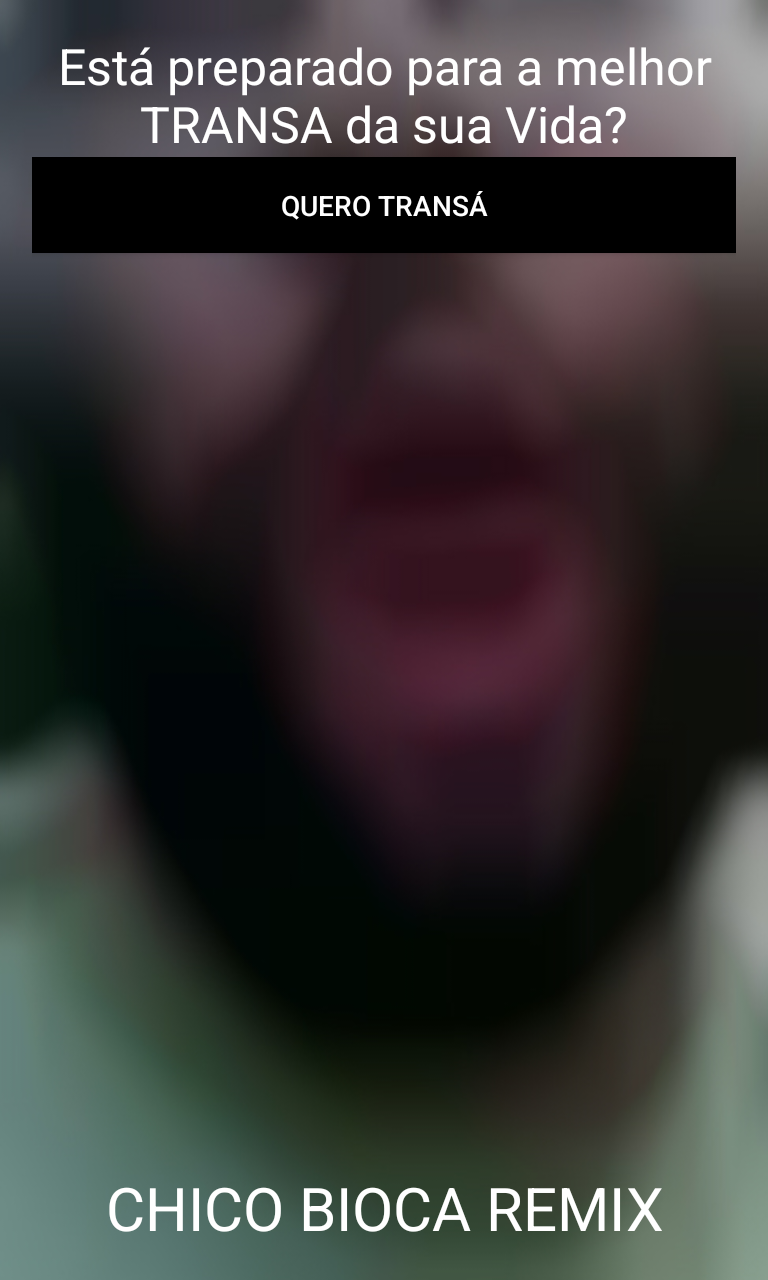
Repository: Cookahn/bioca_sounds
Layout: ChicoBiocaApp/res/layout/activity_main.xml
The author's editor kept a copy of each file at every save. The layout is drawn from the files as they stood at one save, then again after the next save.
It is drawn on a 768 x 1280 px phone screen (xhdpi) without system bars, with theme AppTheme; the app's code is not run.

Above is the layout before, as saved 2014-08-12 13:05:45.

After the next save:
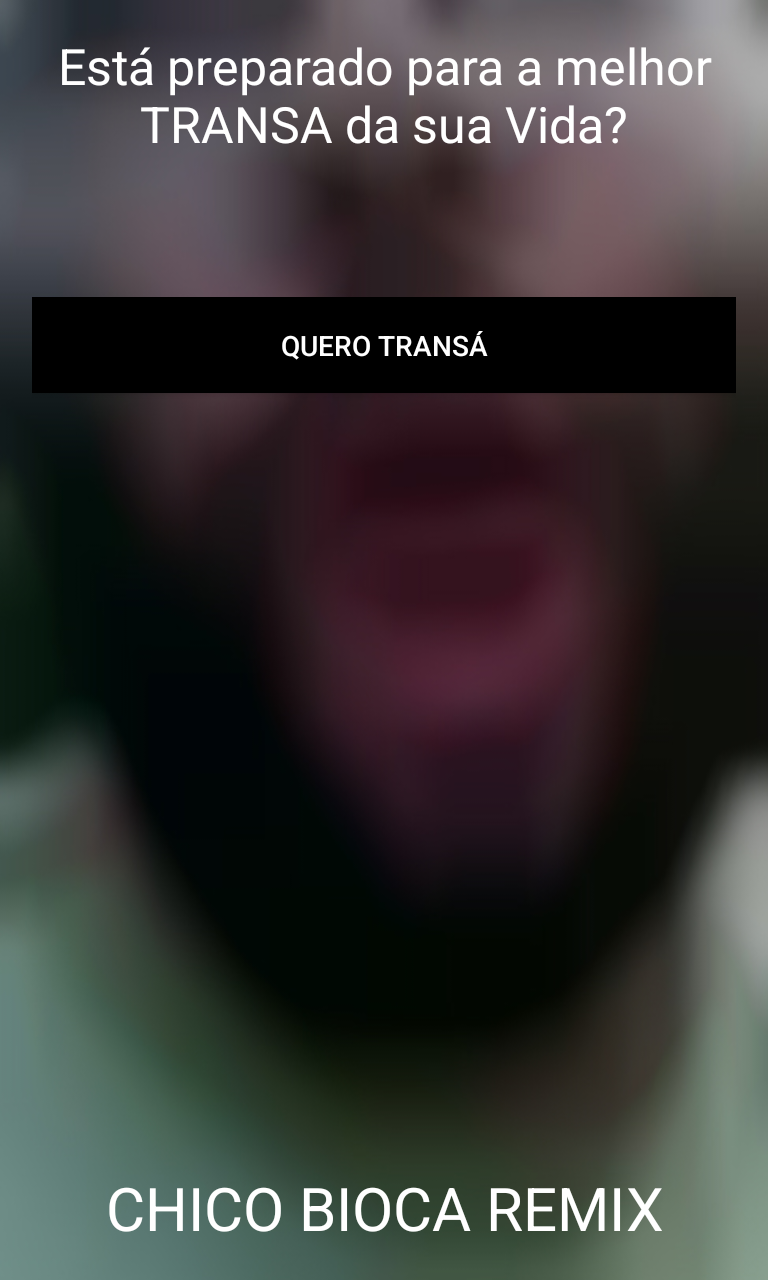
Saved 4 min 24 s later.
--- a/ChicoBiocaApp/res/layout/activity_main.xml
+++ b/ChicoBiocaApp/res/layout/activity_main.xml
@@ -16,6 +16,7 @@
         android:gravity="center_horizontal"
         android:text="@string/are_you_ready"
         android:textColor="#fff"
+        android:layout_marginBottom="70dp"
         android:textSize="25sp" />
 
     <LinearLayout
